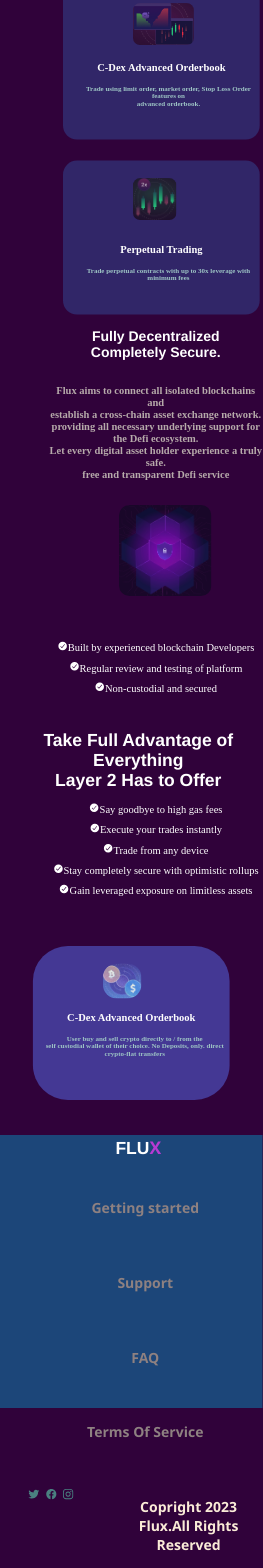
Repository: Tobby004/Flux-figma
Page: index.html
An editor plug-in stored every save of this project. The page is shown before and after the next save, followed by the edit.
The browser window is 375 px wide. The pictures show the part of the page from y = 649 to 2889 px (the page is 2889 px tall before and 2679 px after), at 70% of full size.

Above is the page before, as saved 2023-04-28 23:08:49.

After the next save:
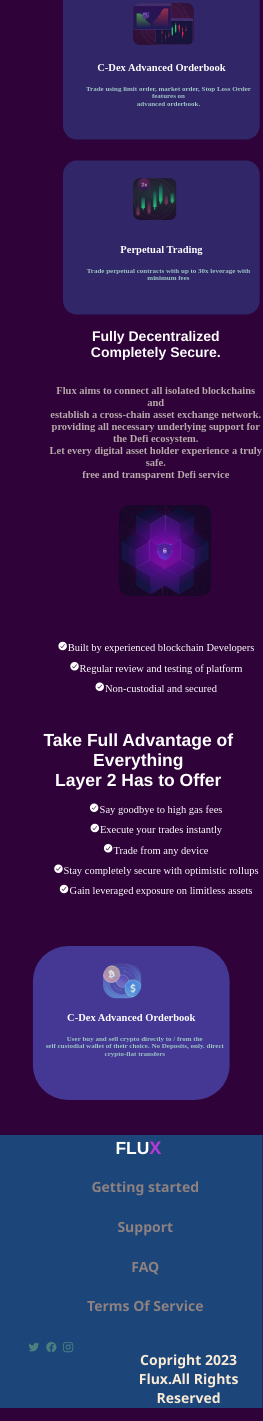
Saved 95 s later.
--- a/style.css
+++ b/style.css
@@ -216,7 +216,7 @@ h1 {
 .container a {
     text-decoration: none;
     font-size: 20px;
-    padding: 40px;
+    padding: 10px;
     color: rgb(142, 129, 129);
 }
 .container icon1 {
@@ -356,7 +356,7 @@ margin-left: 10px;
 }
 .container li a{
     display: block;
-    margin: auto;
-}
-
-}
+    margin-bottom: 10px;
+}
+
+}
